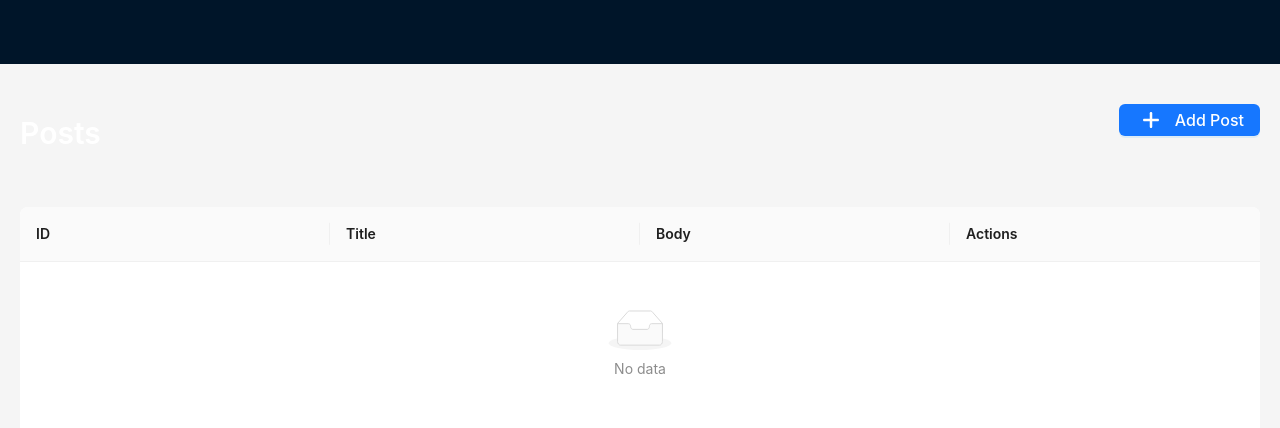
Repository: yasserrrz/Denamo-posts
Page: /
These files come from the project's save history. The page is drawn as it stood at one moment and after the next save; the edit follows.
The browser window is 1280 px wide. The pictures show the whole page.
The page's requests for data from a server got no answer. The project was rebuilt for these pictures with package versions that can differ from the ones it lists, and the page was loaded fresh each time. No one was signed in, and anything a server would have sent is missing. Also part of the build but not shown: src/components/PostForm.tsx.

Above is the page before, as saved 2024-11-28 16:01:30.

After the next save:
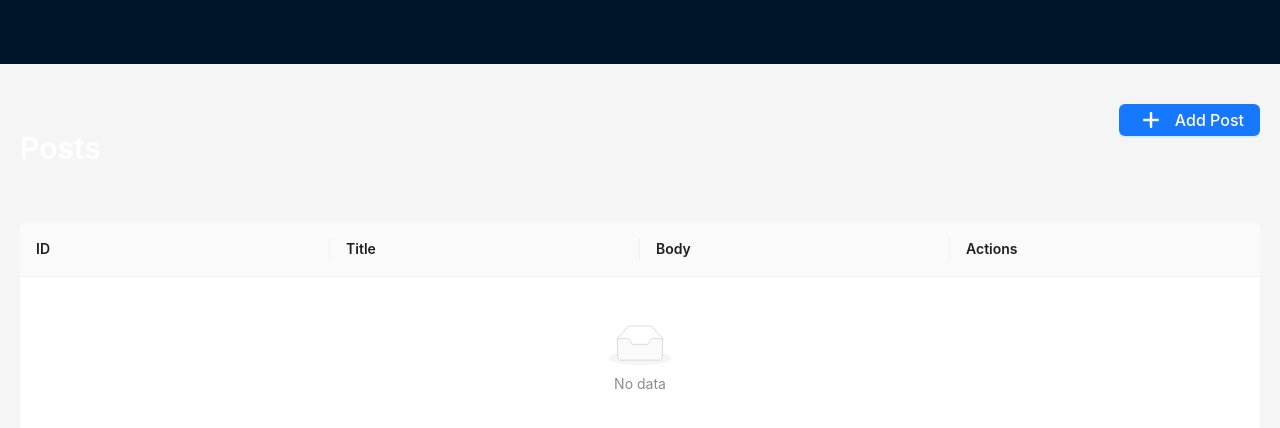
Saved 6 s later.
--- a/src/App.tsx
+++ b/src/App.tsx
@@ -19,7 +19,7 @@ const App: React.FC = () => {
 
       <Content style={{ padding: '20px' }}>
          <div style={{marginTop: '20px ' , marginBottom: '20px' , display: 'flex', justifyContent: 'space-between' }}>
-         <Title level={2} style={{ color: 'white' , textAlign: 'center' , marginTop: '10px' }}>
+         <Title level={2} style={{ color: 'white' , textAlign: 'center' , }}>
           Posts
         </Title>
          <Button onClick={()=>{setIsModalOpen(true)}} style={{fontSize: '16px' , fontWeight: '500' , padding: '15px'}} type="primary"><AddIcon/> Add Post</Button>
